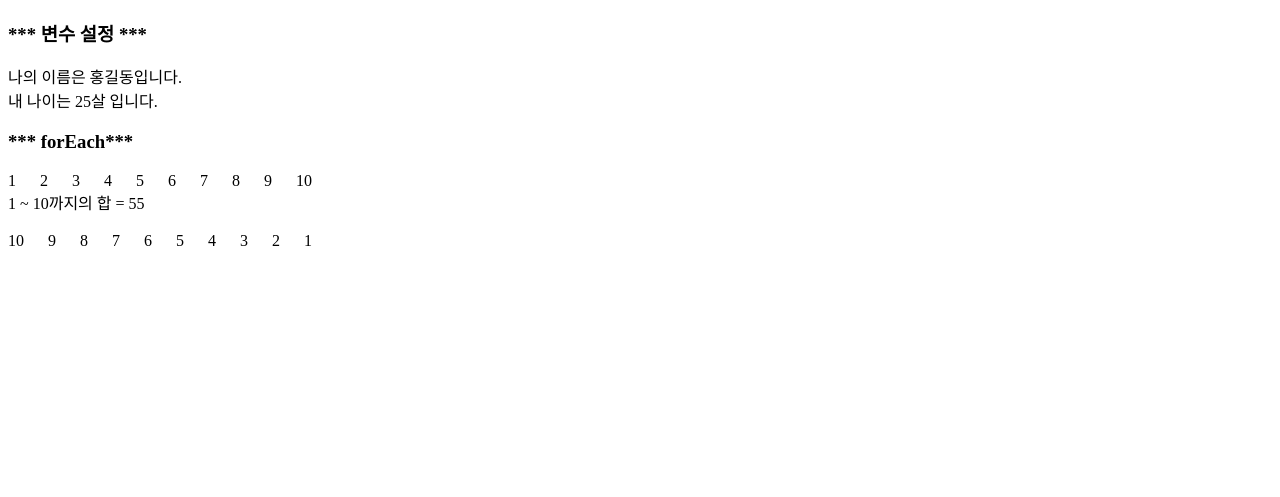
Repository: Gmajorlist/HTML
Page: http://localhost/el_jstl/jstl/jstlTest.jsp
The author's editor kept a copy of each file at every save. The page is drawn from the files as they stood at one save, then again after the next save.
The browser window is 1280 px wide. The pictures show the whole page.
The page is served by Tomcat 9. Other server files are loaded and not shown.

Above is the page before, as saved 2023-03-17 08:11:13.

### el_jstl/src/main/webapp/jstl/jstlTest.jsp
<%@ page language="java" contentType="text/html; charset=UTF-8"
    pageEncoding="UTF-8"%>
    <%@ taglib prefix="c" uri="http://java.sun.com/jsp/jstl/core" %>
<!DOCTYPE html>
<html>
<head>
<meta charset="UTF-8">
<title>Insert title here</title>
</head>
<body>
<h3>*** 변수 설정 ***</h3>
<c:set var="name" value="홍길동"></c:set>
<c:set var="age">25</c:set>
나의 이름은 <c:out value="${name }" />입니다.<br>
내 나이는 ${age }살 입니다.<br>


<h3>*** forEach***</h3>
<c:forEach var="i" begin="1" end="10" step="1">  <%-- for ( int i=1; i<=10' i++) --%>
	${i }&nbsp;&emsp;
	<c:set var="sum" value="${sum+i }"/>

</c:forEach >
<br>
1 ~ 10까지의 합 = ${sum }
<br><br>

<c:forEach var="i" begin="1" end="10">
	${11-i }&nbsp;&emsp;
</c:forEach>
</body>
</html>

After the next save:
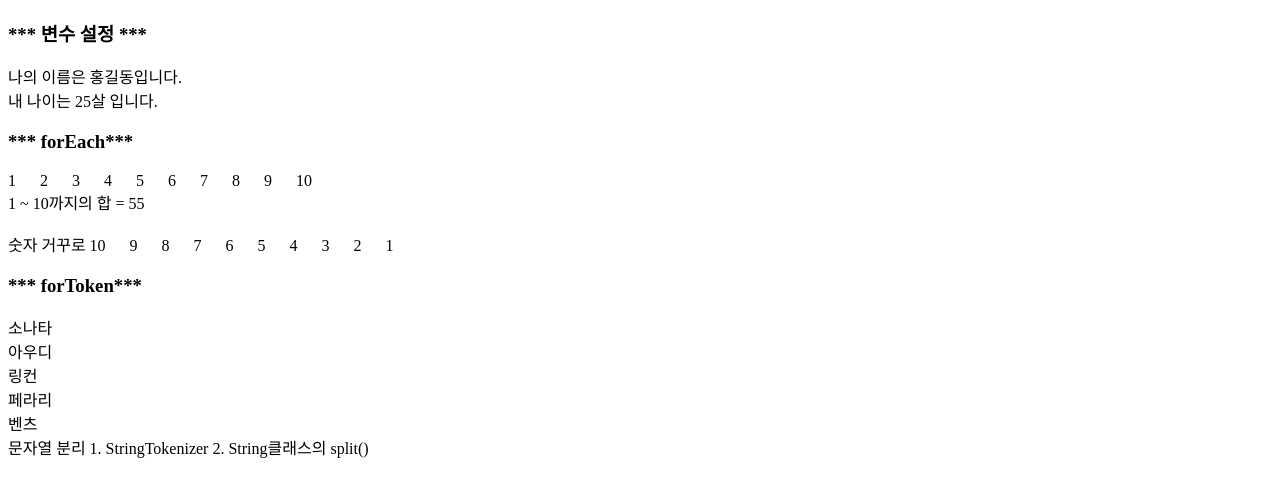
Saved 2 min 10 s later.
--- a/el_jstl/src/main/webapp/jstl/jstlTest.jsp
+++ b/el_jstl/src/main/webapp/jstl/jstlTest.jsp
@@ -24,9 +24,49 @@
 <br>
 1 ~ 10까지의 합 = ${sum }
 <br><br>
-
+숫자 거꾸로
 <c:forEach var="i" begin="1" end="10">
 	${11-i }&nbsp;&emsp;
 </c:forEach>
+
+
+
+<h3>*** forToken***</h3>
+<c:forTokens var="car" items="소나타,아우디,링컨,페라리,벤츠" delims=",">
+	${car }<br>
+</c:forTokens>
+
+
+
+문자열 분리
+1. StringTokenizer
+2. String클래스의 split()
+
+
+
+
+
+
+
+
+
+
+
+
+
+
+
+
+
+
+
+
+
+
+
+
+
+
+
 </body>
 </html>
